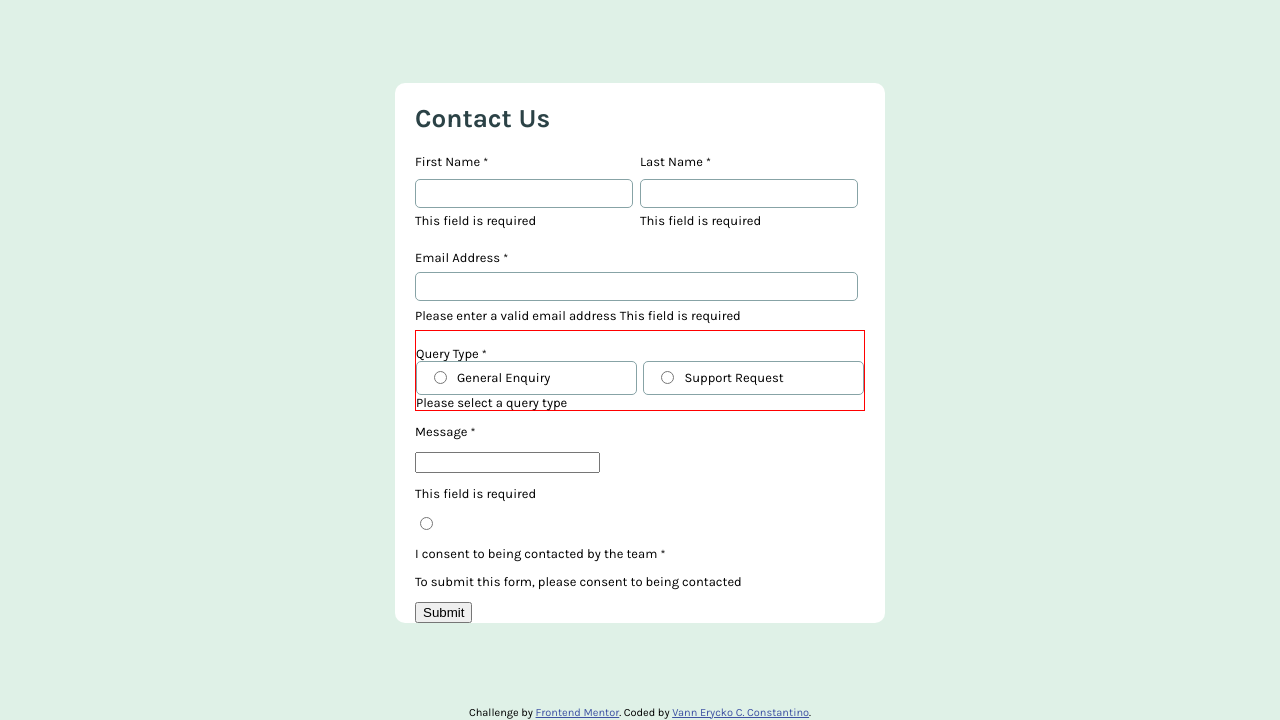
Repository: kocokoy/contact-form
Page: contact-form-main/index.html
These files come from the project's save history. The page is drawn as it stood at one moment and after the next save; the edit follows.
The browser window is 1280 px wide. The pictures show the whole page.

Above is the page before, as saved 2024-10-24 10:20:17.

After the next save:
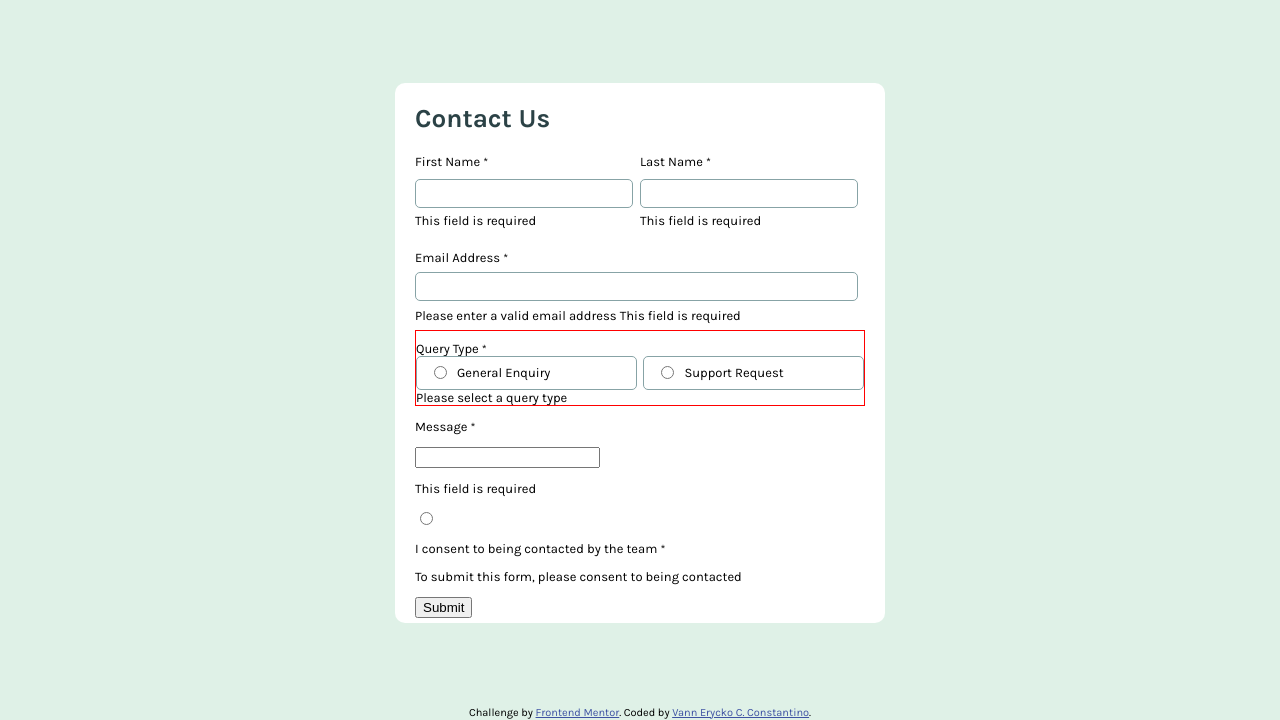
Saved 14 s later.
--- a/contact-form-main/styles/style.css
+++ b/contact-form-main/styles/style.css
@@ -89,7 +89,7 @@ span {
 }
 
 .query-type-section{
-  padding-top: 15px;
+  padding-top: 10px;
   border: 1px solid red;
   display: flex;
   flex-direction: column;
